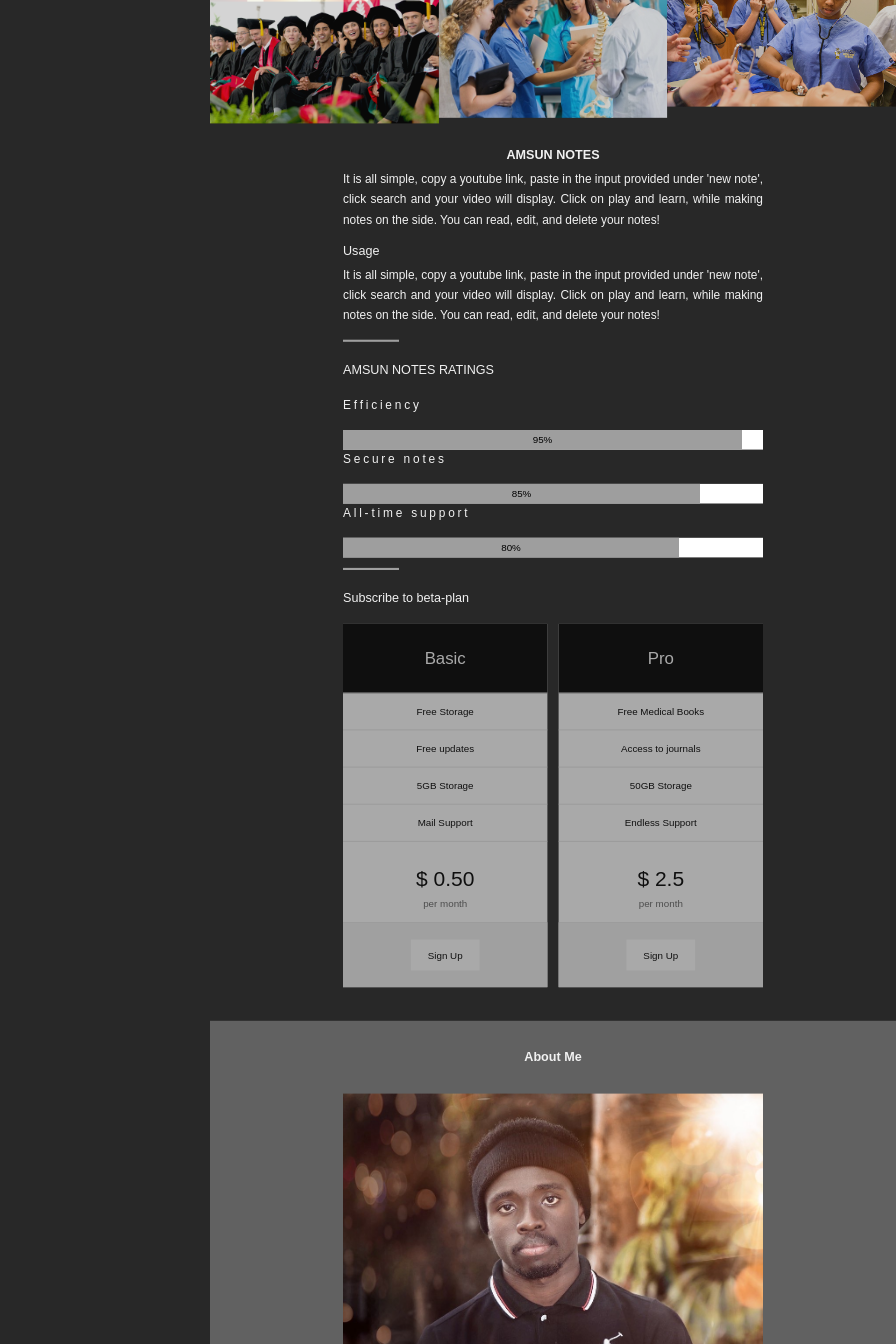
Repository: MakiniMakini/AMSUN-NOTES
Page: http://localhost/about
An editor plug-in stored every save of this project. The page is shown before and after the next save, followed by the edit.
The browser window is 1280 px wide. The pictures show the part of the page from y = 535 to 2455 px (the page is 2977 px tall before and 2948 px after), at 70% of full size.
Some web fonts or font styles are not loaded; a fallback is used. The page is served by the project's application, run on Flask 3 (application.py).

Above is the page before, as saved 2020-12-27 18:37:52.

After the next save:
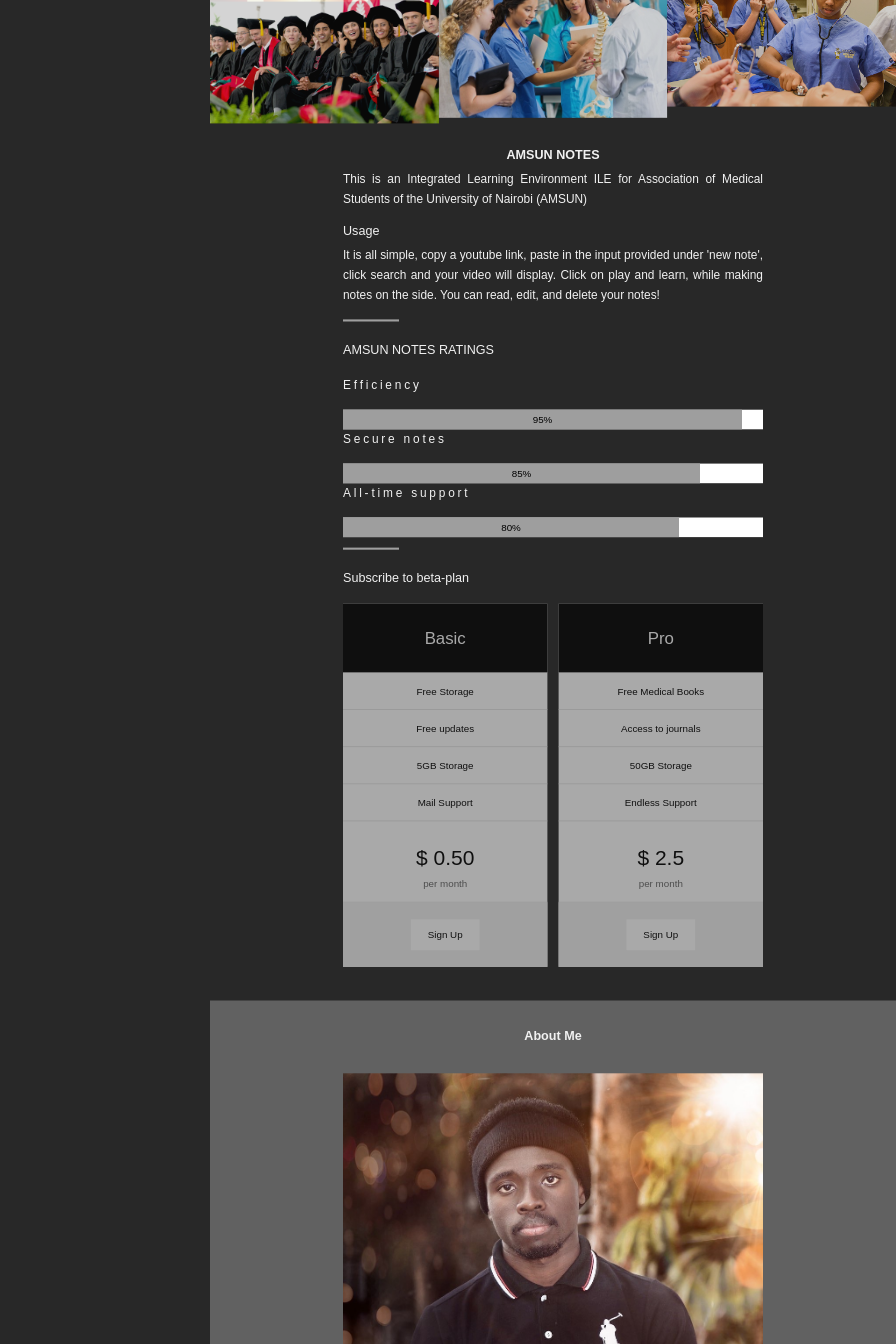
Saved 74 s later.
--- a/templates/about.html
+++ b/templates/about.html
@@ -70,8 +70,7 @@
     <div class="w3-content w3-justify" style="max-width:600px">
       <h4></h4>
       <p>
-          It is all simple,
-          copy a youtube link, paste in the input provided under 'new note', click search and your video will display. Click on play and learn, while making notes on the side. You can read, edit, and delete your notes!
+          This is an Integrated Learning Environment ILE for Association of Medical Students of the University of Nairobi (AMSUN)
       </p>
       <h4>Usage</h4>
       <p>

After the save that followed:
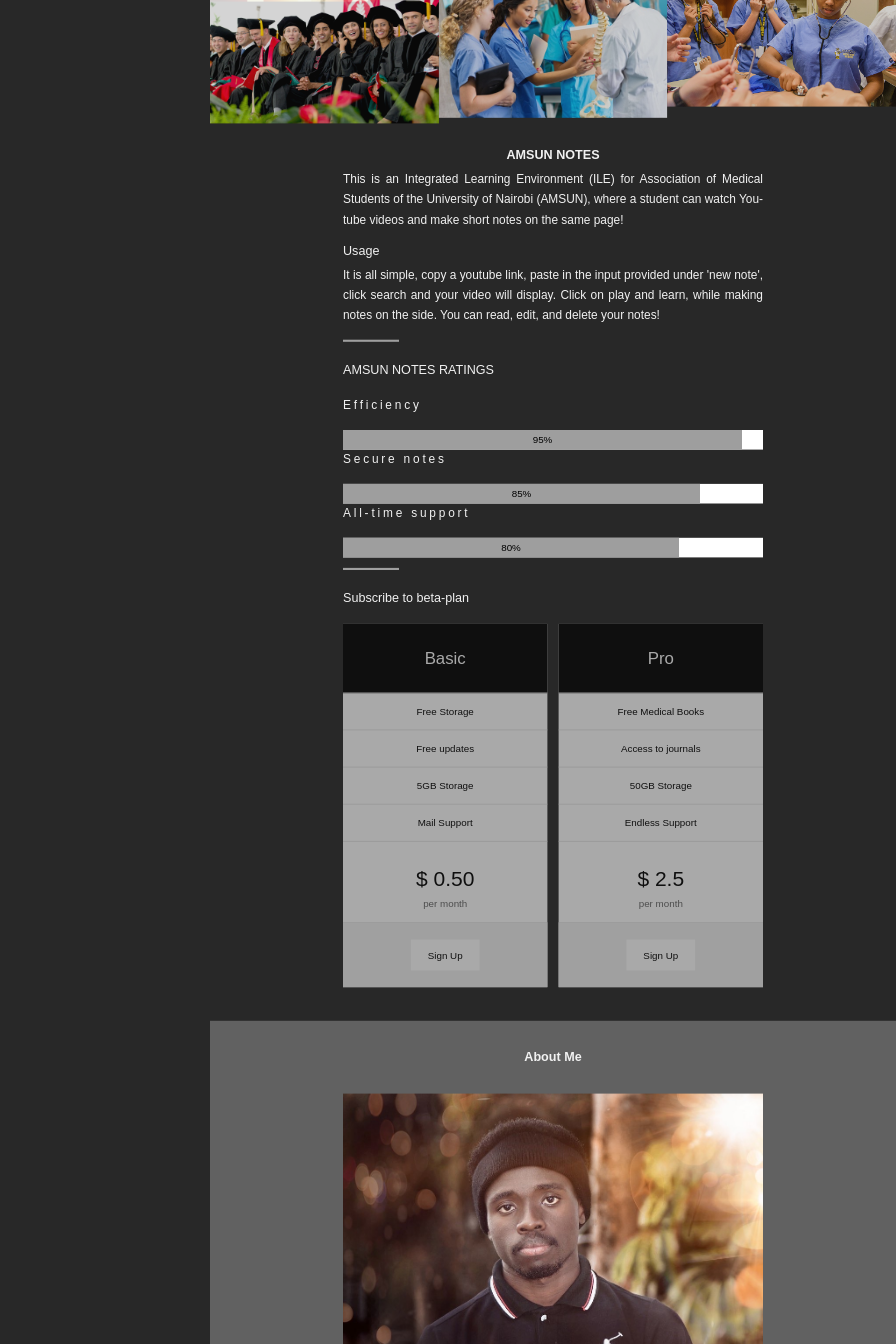
Saved 59 s later.
--- a/templates/about.html
+++ b/templates/about.html
@@ -70,7 +70,7 @@
     <div class="w3-content w3-justify" style="max-width:600px">
       <h4></h4>
       <p>
-          This is an Integrated Learning Environment ILE for Association of Medical Students of the University of Nairobi (AMSUN)
+          This is an Integrated Learning Environment (ILE) for Association of Medical Students of the University of Nairobi (AMSUN), where a student can watch You-tube videos and make short notes on the same page!
       </p>
       <h4>Usage</h4>
       <p>
